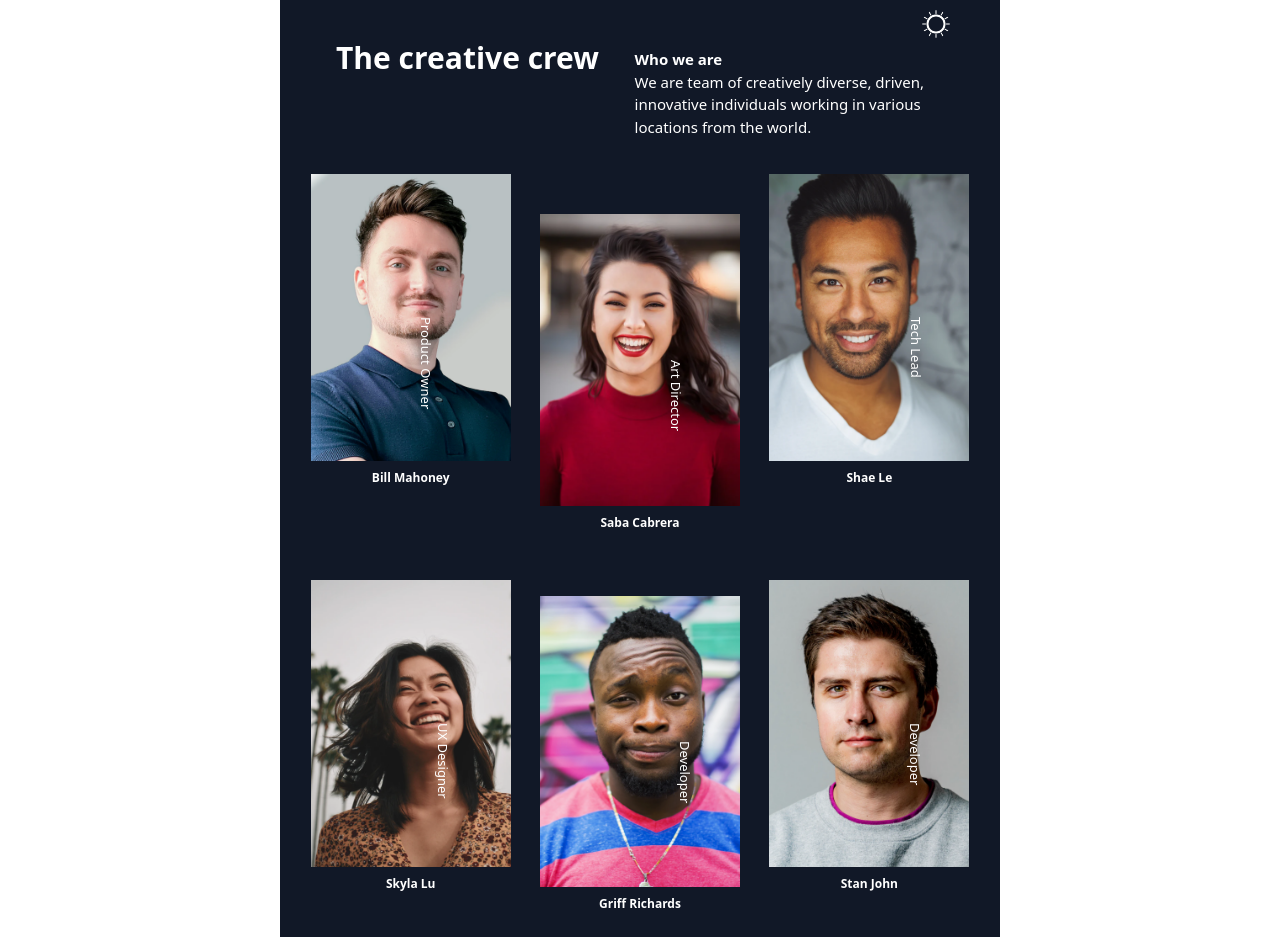
Repository: Alzate1075/Funval-G3-N2
Page: /
These files come from the project's save history. The page is drawn as it stood at one moment and after the next save; the edit follows.
The browser window is 1280 px wide. The pictures show the whole page.
The project was rebuilt for these pictures with package versions that can differ from the ones it lists, and the page was loaded fresh each time. Also part of the build but not shown: vite.config.js.

Above is the page before, as saved 2025-07-02 23:59:54.

After the next save:
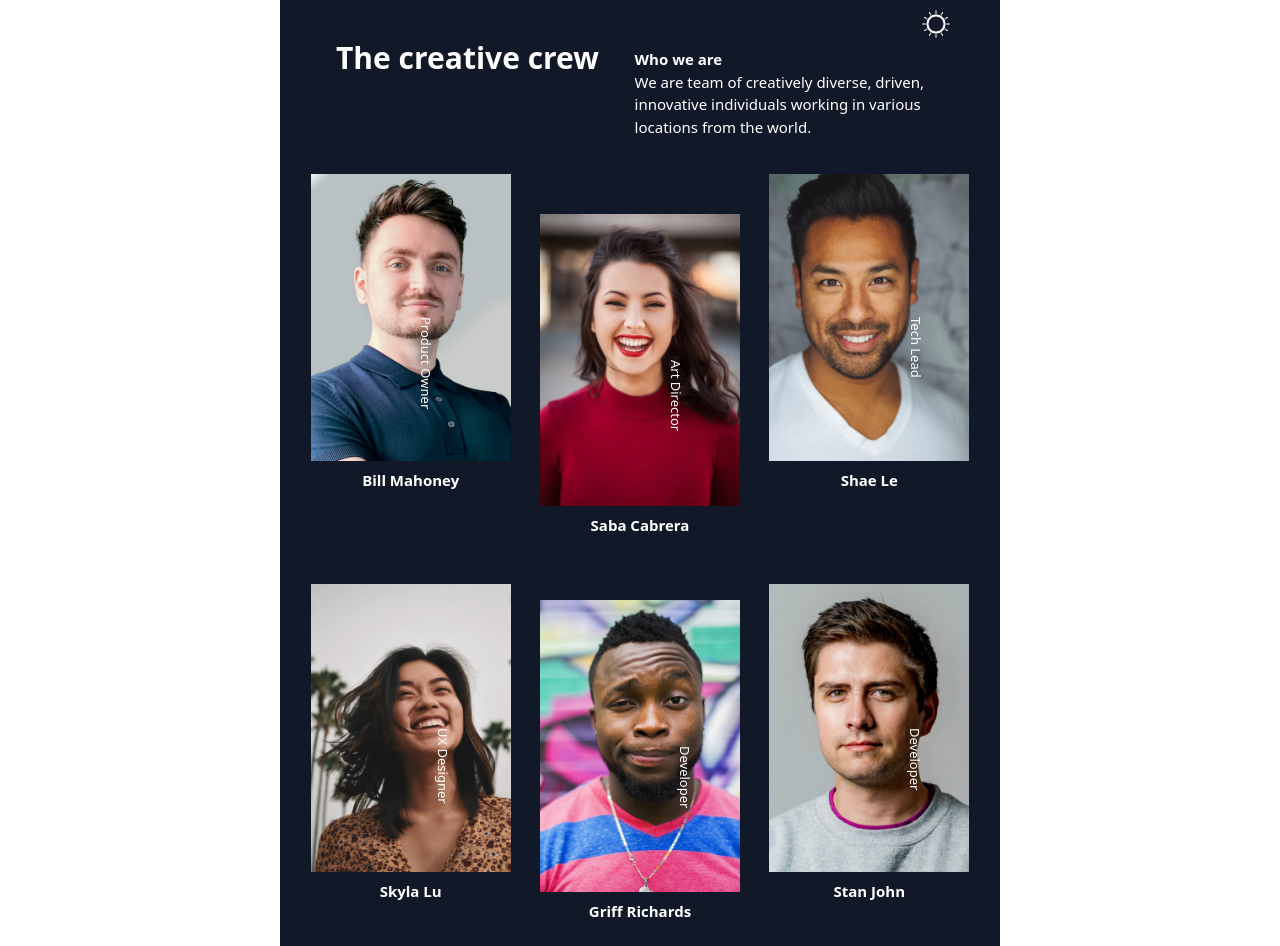
Saved 17 s later.
--- a/src/components/TeamCard.jsx
+++ b/src/components/TeamCard.jsx
@@ -9,7 +9,9 @@ export function TeamCard(props) {
         </span>
       </div>
       <div className="md:text-white text-center mt-2">
-        <h3 className="font-semibold text-[12px]">{props.name}</h3>
+        <h3 className="font-semibold text-[12px] md:text-[15px]">
+          {props.name}
+        </h3>
       </div>
     </div>
   );
